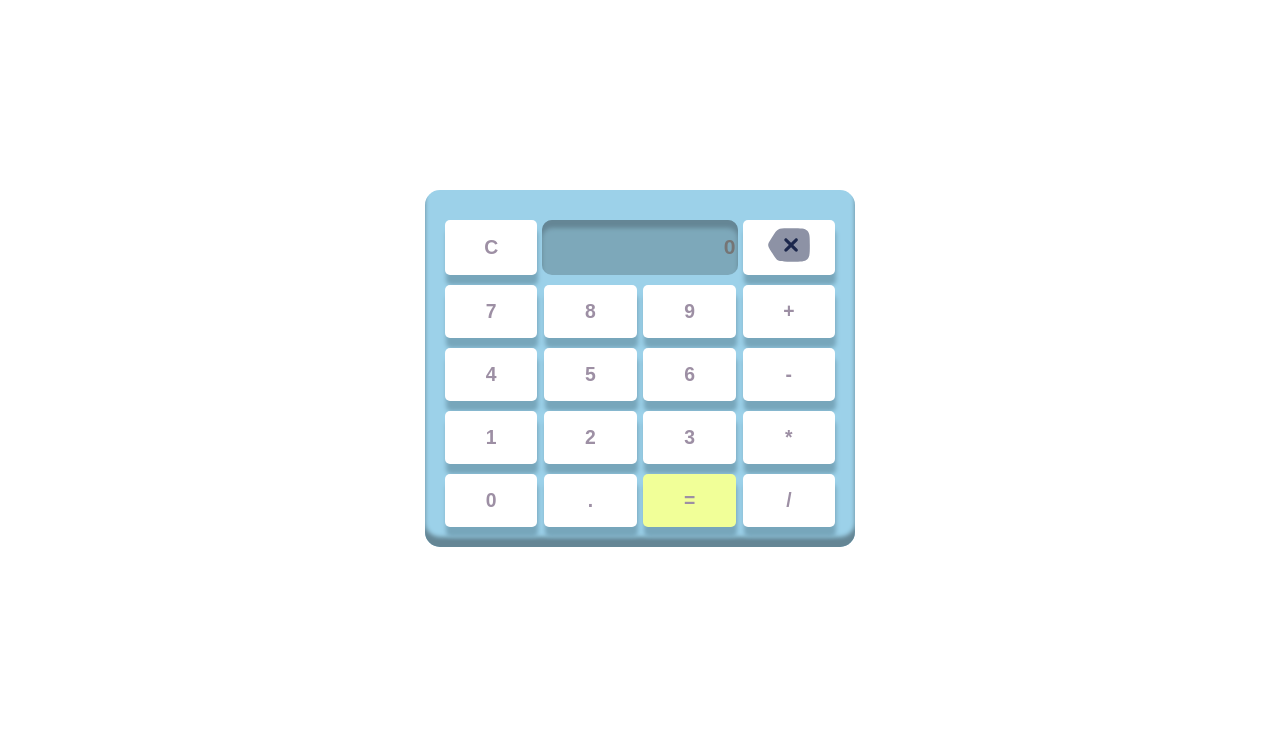
Repository: sem1103/calculator
Page: index.html
These files come from the project's save history. The page is drawn as it stood at one moment and after the next save; the edit follows.
The browser window is 1280 px wide. The pictures show the whole page.

Above is the page before, as saved 2023-11-02 15:30:57.

### index.html
<!DOCTYPE html>
<html lang="en">

<head>
    <meta charset="UTF-8">
    <meta name="viewport" content="width=device-width, initial-scale=1.0">
    <title>Calc</title>
    <style>
        * {
            box-sizing: border-box;
            font: bold 1.1rem arial;
        }

        .calc__container {
            display: flex;
            justify-content: center;
            height: 100vh;
            align-items: center;
        }

        .calc__wrapper {
            max-width: 900px;
            background-color: #9cd1e9;
            padding: 20px;
            border-radius: 15px;
            box-shadow: inset 0px -10px 4px #658695;
        }

        .calc__display {
            box-shadow: inset 0px 8px 4px 0px #658695;
            background-color: #7da8ba;
            width: 50%;
            border-radius: 10px;
            border: 0;
            outline: 0;
            text-align: right;
            font-size: 1.2rem;
            color: #fff;
        }

        .calc__main,
        .calc__header {
            display: flex;
            flex-direction: row;
            flex-wrap: wrap;
            justify-content: space-between;
            row-gap: 10px;
            column-gap: 5px;

        }

        .calc__header {
            margin: 10px 0;
        }

        .sum {
            background-color: #f1ff98;
        }

        button {
            padding: 15px 5px;
            text-align: center;
            background-color: #fff;
            box-shadow: 1px 10px 4px #77a6bb;
            flex-basis: calc(25% - 5px);
            border: 0;
            border-radius: 5px;
            cursor: pointer;
            color: #9d8fa4;
            transition: all .1s ease-in-out;
        }

        button:active {
            box-shadow: 1px 0 4px #77a6bb;
            transform: translate(0, 3px);
        }

        button:hover {
            background-color: #d1d1d1;
        }

        .active {
            box-shadow: 1px 0 4px #77a6bb;
            transform: translate(0, 3px);
            background-color: #d1d1d1;
        }

        .backspace {
            padding: 0;
        }

        .little__font {
            font-size: .7rem;
        }
    </style>
</head>

<body>
    <div class="calc__container">
        <div class="calc__wrapper">
            <div class="calc__header">
                <button onclick="clearDisplay()">C</button>
                <input id="display" class="calc__display" type="text" placeholder="0" oninput="setValueHandle(this)">

                </input>
                <button class="backspace" onclick="backspace()" data-key="Backspace">
                    <svg width="50px" viewBox="0 0 24 24" fill="none" xmlns="http://www.w3.org/2000/svg">
                        <path opacity="0.5"
                            d="M6.87114 19.4986C7.80085 20 8.91458 20 11.142 20H13.779C17.6544 20 19.5921 20 20.7961 18.8284C22 17.6569 22 15.7712 22 12C22 8.22876 22 6.34315 20.7961 5.17157C19.5921 4 17.6544 4 13.779 4H11.142C8.91458 4 7.80085 4 6.87114 4.50143C5.94144 5.00286 5.35117 5.92191 4.17061 7.76001L3.48981 8.82001C2.4966 10.3664 2 11.1396 2 12C2 12.8604 2.4966 13.6336 3.48981 15.18L4.17061 16.24C5.35117 18.0781 5.94144 18.9971 6.87114 19.4986Z"
                            fill="#1C274C" />
                        <path
                            d="M11.0303 8.96967C10.7374 8.67678 10.2626 8.67678 9.96967 8.96967C9.67678 9.26256 9.67678 9.73744 9.96967 10.0303L11.9394 12L9.96969 13.9697C9.6768 14.2626 9.6768 14.7374 9.96969 15.0303C10.2626 15.3232 10.7375 15.3232 11.0304 15.0303L13 13.0607L14.9696 15.0303C15.2625 15.3232 15.7374 15.3232 16.0303 15.0303C16.3232 14.7374 16.3232 14.2625 16.0303 13.9697L14.0607 12L16.0303 10.0304C16.3232 9.73746 16.3232 9.26258 16.0303 8.96969C15.7374 8.6768 15.2626 8.6768 14.9697 8.96969L13 10.9394L11.0303 8.96967Z"
                            fill="#1C274C" />
                    </svg>
                </button>
            </div>
            <div class="calc__main">
                <button onkeydown="test(this)" onclick="setValueHandle(this)">7</button>
                <button onclick="setValueHandle(this)">8</button>
                <button onclick="setValueHandle(this)">9</button>
                <button onclick="setValueHandle(this)">+</button>
                <button onclick="setValueHandle(this)">4</button>
                <button onclick="setValueHandle(this)">5</button>
                <button onclick="setValueHandle(this)">6</button>
                <button onclick="setValueHandle(this)">-</button>
                <button onclick="setValueHandle(this)">1</button>
                <button onclick="setValueHandle(this)">2</button>
                <button onclick="setValueHandle(this)">3</button>
                <button onclick="setValueHandle(this)">*</button>
                <button onclick="setValueHandle(this)">0</button>
                <button onclick="setValueHandle(this)">.</button>
                <button onclick="calcSumm()" class="sum" data-key="Enter">=</button>
                <button onclick="setValueHandle(this)">/</button>
            </div>
        </div>
    </div>


    <script>
        let calcDisplay = document.getElementById('display');
        let buttons = document.querySelectorAll('button');

        function setValueHandle(e) {
            calcDisplay.classList.remove('little__font');
            if (/[a-zA-Zа-яА-ЯёЁ]/.test(e.value)) {
                //calcDisplay.classList.add('little__font');
                calcDisplay.value = 'Нельзя вводить буквы!';
                return;
            } else if (/\b0+\d+/.test(calcDisplay.value) || /^[+\*/]/.test(calcDisplay.value)) {
                calcDisplay.value = 'Ошибка!';
                return;
            }
            calcDisplay.value += e.innerHTML;
        }

        function clearDisplay() {
            calcDisplay.classList.remove('little__font');
            calcDisplay.value = '';
        }

        function calcSumm() {
            let value = calcDisplay.value;


            value = value.replace(/\s/g, '');
            let operators = value.split('').filter(item => {
                if (item == '+' || item == '-' || item == '*' || item == '/') return item;
            })
            let numbers = value.split(/[+\-*/]/);
            let result = +numbers[0];

            // console.log(operators);
            // console.log(numbers);
            if (numbers[numbers.length - 1] == '') {
                calcDisplay.classList.add('little__font');
                calcDisplay.value = 'Ошибка!';
                return;
            } else if (/[\+\-\*\/]{2,}/.test(calcDisplay.value)) {
                calcDisplay.classList.add('little__font');
                calcDisplay.value = 'Два математических операций!';
                return;
            }



            operators.forEach((item, index) => {
                if (item == '+') {
                    result += +numbers[index + 1]
                } else if (item == '-') {
                    result -= numbers[index + 1]
                } else if (item == '/') {
                    if (+numbers[index + 1] === 0) {
                        calcDisplay.classList.add('little__font');
                        calcDisplay.value = 'На ноль делить нельзя!!';
                        throw new Error('infiniti');
                    } else result /= numbers[index + 1];

                } else result *= numbers[index + 1]
            });
            calcDisplay.value = result;

        }

        function backspace() {
            calcDisplay.value = calcDisplay.value.slice(0, -1)
        }


        document.body.addEventListener('keydown', (e) => {
            console.log(e);
            if (e.key >= 0 && e.key <= 9 || ['+', '-', '*', '/', '.'].includes(e.key) || e.key == 'Enter' || e.key == 'Backspace') {
                for(let i = 0; i < buttons.length; i++){

                }

                buttons.forEach(item => {
                    console.log(item.dataset.key);
                    console.log(e.key);
                    if(item.dataset.key == e.key & e.key == 'Enter'){
                        calcSumm();
                        showClickButton(item);
                    }
                    else if(item.dataset.key == e.key & e.key == 'Backspace'){
                        console.log(1);
                        backspace();
                        showClickButton(item);
                    }
                    else if (item.innerHTML == e.key) {
                        setValueHandle(item);
                        showClickButton(item);
                    }

                })
            }
        });

        function showClickButton(item) {
            item.classList.add('active');
            item.addEventListener('transitionend', () => {
                item.classList.remove('active')
            })
        }
    </script>
</body>

</html>

After the next save:
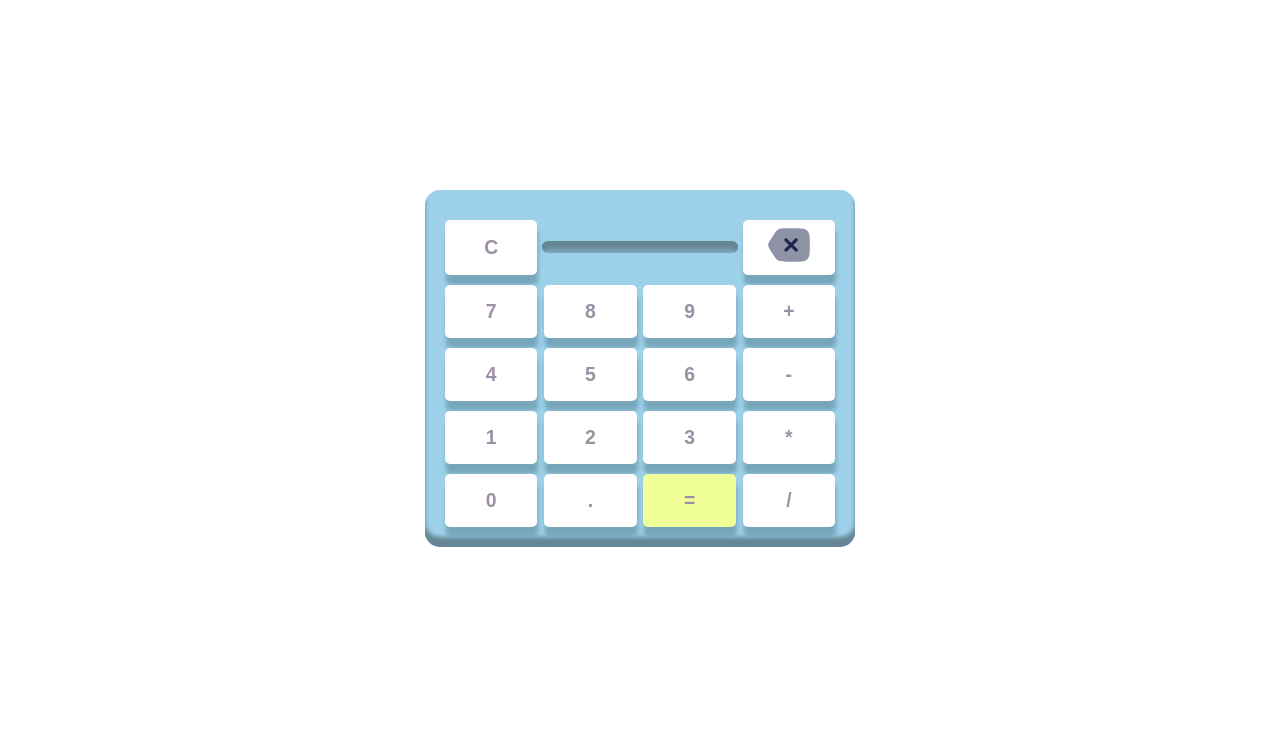
Saved 65 s later.
--- a/index.html
+++ b/index.html
@@ -100,9 +100,9 @@
         <div class="calc__wrapper">
             <div class="calc__header">
                 <button onclick="clearDisplay()">C</button>
-                <input id="display" class="calc__display" type="text" placeholder="0" oninput="setValueHandle(this)">
-
-                </input>
+                <p id="display" class="calc__display" placeholder="0">
+
+                </p>
                 <button class="backspace" onclick="backspace()" data-key="Backspace">
                     <svg width="50px" viewBox="0 0 24 24" fill="none" xmlns="http://www.w3.org/2000/svg">
                         <path opacity="0.5"

After the 2 saves that followed:
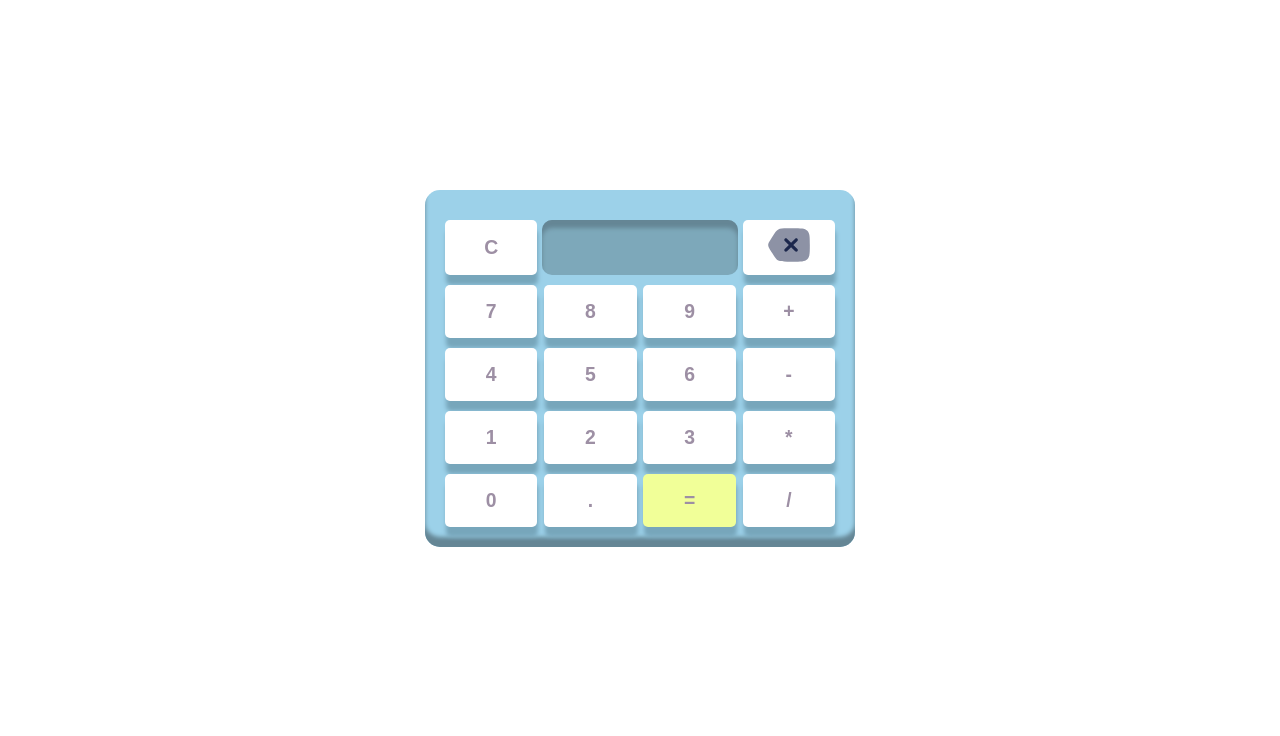
The 2 saves are shown as one change because 1 left the picture as it was.
The last was saved 45 s later.
--- a/index.html
+++ b/index.html
@@ -51,6 +51,10 @@
 
         .calc__header {
             margin: 10px 0;
+            align-items: stretch;
+        }
+        p{
+            margin: 0;
         }
 
         .sum {
